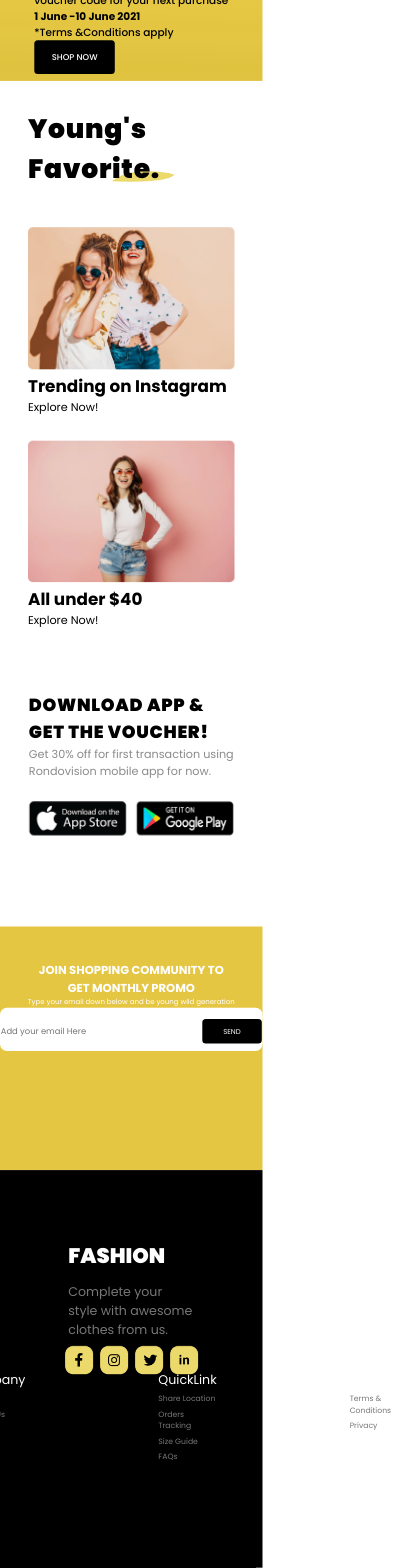
Repository: isaacCodes1/FashionWebsite
Page: index.html
An editor plug-in stored every save of this project. The page is shown before and after a run of saves, followed by the edit.
The browser window is 375 px wide. The page is 579 px wide, so the pictures cover 579 px, including what lies to the right of the window. The pictures show the part of the page from y = 3291 to 5531 px (the page is 5531 px tall before and 5502 px after), at 70% of full size.

Above is the page before, as saved 2024-03-18 12:04:08.

### index.html
<!DOCTYPE html>
<html lang="en">
  <head>
    <meta charset="UTF-8" />
    <meta name="viewport" content="width=device-width, initial-scale=1.0" />
    <title>Shopping Site Assignment</title>
    <link rel="stylesheet" href="style.css" />
    <link rel="stylesheet" href="/Media Query.css">
  </head>
  <body>
    <header>
      <nav>
        <!--------- NavItems ------->
        <div class="image">
          <a href="#"><img src="/Assets/Vector (3).png" />FASHION</a>
        </div>
        <div class="navItems">
          <ul>
            <li><a href="#">CATALOGUE</a></li>
            <li><a href="#">FASHION</a></li>
            <li><a href="#">FAVORITE</a></li>
            <li><a href="#">LIFESTYLE</a></li>
          </ul>
          <button>SIGN UP</button>
        </div>
      </nav>
    </header>
    <main>
      <!------- FirstPage ------>
      <section class="firstPageCont">
        <div class="FirstPage">
          <div class="txtCont">
            <h1>
              <span class="spn1">LET'S <br /></span>EXPLORE <br />
              <span class="spn2">UNIQUE <br /></span>CLOTHES.
            </h1>
            <p>Live for Influential and Innovative fashion!</p>
            <div class="txtBtn">
              <img src="/Assets/Vector 9.png" alt="" />
              <button class="btns">Shop Now</button>
            </div>
          </div>
          <div class="imgCont">
            <div class="star1"><img src="/Assets/Star 11.png" alt="" /></div>
            <div class="star2"><img src="/Assets/Star 11.png" alt="" /></div>
            <div class="star3"><img src="/Assets/Star 11.png" alt="" /></div>
            <div class="star4"><img src="/Assets/Star 11.png" alt="" /></div>
            <img src="/Assets/girl.png" alt="" />
          </div>
        </div>
      </section>
      <!------ Logos ------->
      <section class="firstPageFooter">
        <div class="logoCont">
          <img src="/Assets/HM.png" alt="" />
          <img src="/Assets/Obey.png" alt="" />
          <img src="/Assets/Shopify.png" alt="" />
          <img src="/Assets/Lacoste.png" alt="" />
          <img src="/Assets/Levis.png" alt="" />
          <img src="/Assets/Amazon.png" alt="" />
        </div>
      </section>
      <section class="nextPageCont">
        <div class="nextPageText">
          <h1>NEW ARRIVALS</h1>
          <img src="/Assets/Vector 9.png" alt="" />
        </div>
        <div class="prettyImages">
          <div class="Images">
            <div class="prettyImg">
              <img src="/Assets/image1.png" alt="" />
            </div>
            <div class="prettyText">
              <div class="txtIcon">
                <h1>Hoodies & Sweatshirt</h1>
                <p>Explore Now!</p>
              </div>
              <div class="icons"></div>
            </div>
          </div>
          <div class="Images">
            <div class="prettyImg">
              <img src="/Assets/image2.png" alt="" />
            </div>
            <div class="prettyText">
              <div class="txtIcon">
                <h1>Coats & Parkas</h1>
                <p>Explore Now!</p>
              </div>
              <div class="icons"></div>
            </div>
          </div>
          <div class="Images">
            <div class="prettyImg">
              <img src="/Assets/image3.png" alt="" />
            </div>
            <div class="prettyText">
              <div class="txtIcon">
                <h1>Tees & T-Shirt</h1>
                <p>Explore Now!</p>
              </div>
              <div class="icons"></div>
            </div>
          </div>
        </div>
      </section>
      <section class="payDay">
        <div class="genDiv">
          <div class="yellowImg">
            <img src="/Assets/image 12.png" alt="" />
          </div>
          <div class="yellowTxt">
            <h1><span class="spn3">PAYDAY</span>SALE NOW</h1>
            <p>
              Spend minimal $100 get 30% off <br />voucher code for your next
              purchase
            </p>
            <p><strong>1 June -10 June 2021</strong></p>
            <p class="para">*Terms &Conditions apply</p>
            <button class="btn">SHOP NOW</button>
          </div>
        </div>
      </section>
      <!--------   Images   ------->
      <section class="nextPageCont">
        <div class="nextPageText">
          <h1>Young's Favorite.</h1>
          <img class="vector" src="/Assets/Vector 9.png" alt="" />
        </div>
        <div class="prettyImages">
          <div class="Images">
            <div class="prettyImg">
              <img src="/Assets/Girls.png" alt="" />
            </div>
            <div class="prettyText">
              <div class="txtIcon">
                <h1>Trending on Instagram</h1>
                <p>Explore Now!</p>
              </div>
              <div class="icons"></div>
            </div>
          </div>

          <div class="Images">
            <div class="prettyImg">
              <img src="/Assets/Rectangle 49.png" alt="" />
            </div>
            <div class="prettyText">
              <div class="txtIcon">
                <h1>All under $40</h1>
                <p>Explore Now!</p>
              </div>
              <div class="icons"></div>
            </div>
          </div>
        </div>
      </section>
      <!---- Apps----->
      <section class="nextPageCont2">
        <div class="nextPageText2">
          <h1>DOWNLOAD APP & <br />GET THE VOUCHER!</h1>
          <p>
            Get 30% off for first transaction using <br />Rondovision mobile app
            for now.
          </p>
          <div class="store">
            <a href="https://www.apple.com/store"
              ><img src="/Assets/Apple Store.png" alt=""
            /></a>
            <a href="https://play.google.com/store/games?hl=en&gl=US&pli=1"
              ><img src="/Assets/Google Play.png" alt=""
            /></a>
          </div>
        </div>
        <div class="Images2">
          <div class="prettyImg2">
            <img src="/Assets/Mobile app.png" alt="" />
            <div class="circle1"><img src="/Assets/circle.png" alt="" /></div>
            <div class="circley"><img src="/Assets/circle y.png" alt="" /></div>
            <div class="circleye">
              <img src="/Assets/circle y.png" alt="" />
            </div>
            <div class="circle2"><img src="/Assets/circle.png" alt="" /></div>
            <div class="bigC"><img src="/Assets/back1.png" alt="" /></div>
            <div class="largeC">
              <img src="/Assets/lagrescircle.png" alt="" />
            </div>
            <div class="largeC1">
              <img src="/Assets/lagrescircle.png" alt="" />
            </div>
          </div>
        </div>
        <div class="icons"></div>
      </section>
      <!------ Footer ------>
      <section class="footer">
        <div class="footerDiv">
          <div class="h1footer">
            <h1>
              JOIN SHOPPING COMMUNITY TO <br />
              GET MONTHLY PROMO
            </h1>
          </div>
          <div class="pFooter">
            <p>Type your email down below and be young wild generation</p>
            <div class="input">
              <input
                class="input"
                type="text"
                placeholder="Add your email Here"
              />
              <a href="https://mail.google.com/mail/u/0/#inbox">SEND</a>
            </div>
          </div>
        </div>
      </section>
      <section class="foot">
        <div class="footDiv">
          <div class="footTxt">
            <h1>FASHION</h1>
            <p>
              Complete your style with awesome <br />
              clothes from us.
            </p>
            <div class="socialIcons">
              <div class="icon">
                <a
                  href="https://www.facebook.com/profile.php?id=61551880766580"
                >
                  <img src="/Assets/Facebook.png" alt=""
                /></a>
              </div>
              <div class="icon">
                <a href="https://www.instagram.com/"
                  ><img src="/Assets/Instagram.png" alt=""
                /></a>
              </div>
              <div class="icon">
                <a href="#"><img src="/Assets/Twitter.png" alt="" /></a>
              </div>
              <div class="icon">
                <a href="#"><img src="/Assets/Linkedn.png" alt="" /></a>
              </div>
            </div>
          </div>

          <div class="socialIcons">
            <div class="links">
              <div class="links1"><a href="">Company</a></div>
              <div class="links2"><a href="">About</a></div>
              <div class="links2"><a href="">Contact Us</a></div>
              <div class="links2"><a href="">Support</a></div>
              <div class="links2"><a href="">Careers</a></div>
            </div>
            <div class="links">
              <div class="links1"><a href="">QuickLink</a></div>
              <div class="links2"><a href="">Share Location</a></div>
              <div class="links2"><a href="">Orders Tracking</a></div>
              <div class="links2"><a href="">Size Guide</a></div>
              <div class="links2"><a href="">FAQs</a></div>
            </div>
            <div class="links">
              <div class="links1"><a href="">Legal</a></div>
              <div class="links2"><a href="">Terms & Conditions</a></div>
              <div class="links2"><a href="">Privacy</a></div>
            </div>
          </div>
        </div>
      </section>
    </main>
  </body>
</html>

### style.css
@import url("https://fonts.googleapis.com/css2?family=Poppins:ital,wght@0,100;0,200;0,300;0,400;0,500;0,600;0,700;0,800;0,900;1,100;1,200;1,300;1,400;1,500;1,600;1,700;1,800;1,900&display=swap");
* {
  margin: 0;
  padding: 0;
  box-sizing: border-box;
  font-family: "Poppins", sans-serif;
}
nav {
  display: flex;
  align-items: center;
  justify-content: space-between;
  width: 100%;
  padding: 20px 40px;
}
.image a {
  display: flex;
  align-items: center;
  gap: 6px;
  text-decoration: none;
  color: #000;
  font-size: 16px;
  font-weight: 900;
}
.image a img {
  width: 16%;
}
.navItems {
  display: flex;
  gap: 30px;
  align-items: center;
}
.navItems ul {
  display: flex;
  gap: 30px;
  list-style: none;
}
.navItems ul li a {
  text-decoration: none;
  color: #000;
  font-size: 16px;
  font-weight: 500;
}
.navItems ul li:hover {
  transform: scale(1.05);
  transition: 1s ease-in-out;
}
.navItems button {
  border: 0;
  background: #000;
  padding: 10px 20px;
  color: #fff;
  border-radius: 5px;
  font-size: 13px;
}
.navItems button:hover {
  transform: scale(1.05);
  transition: 1s ease-in-out;
  color: #000;
  background: rgb(137, 136, 136);
}
/* firstPageCtn */
.firstPageCont {
  padding: 20px 40px;
}
.FirstPage {
  display: flex;
  flex: 1;
  width: 100%;
  height: 90vh;
  padding: 40px 10px 0px 10px;
  border-radius: 30px;
  background: #f4f6f5;
}
.txtCont {
  display: flex;
  flex: 0.5;
  flex-direction: column;
  gap: 10px;
  padding-left: 40px;
}

.txtCont h1 {
  font-size: 64px;
  font-weight: 900;
  width: 50%;
  line-height: 75px;
}

.txtCont p {
  font-size: 20px;
}
.txtBtn {
  display: flex;
  align-items: center;
  width: 80%;
  margin-top: 10px;
  gap: 10px;
}
.btns {
  border: 0;
  background: #000;
  padding: 10px 20px;
  color: #fff;
  border-radius: 5px;
  font-size: 19px;
}
.btns:hover {
  transform: scale(1.05);
  transition: 1s ease-in-out;
  color: #000;
  background: rgb(137, 136, 136);
}
.txtBtn img {
  width: 100px;
}
.imgCont {
  flex: 0.5;
  display: flex;
  position: relative;
}
.star1 {
  position: absolute;
  top: 5px;
  left: 10px;
}
.star1 img {
  width: 30px;
}
.star2 {
  position: absolute;
  top: 20px;
  left: 450px;
}
.star2 img {
  width: 30px;
}
.star3 {
  position: absolute;
  bottom: 10px;
  left: 70px;
}
.star3 img {
  width: 30px;
}
.star4 {
  position: absolute;
  bottom: 20px;
  left: 400px;
}
.star4 img {
  width: 30px;
}
.spn1 {
  display: flex;
  align-items: center;
  background-image: url(/Assets/rectangle1.png);
  background-size: cover;
  background-repeat: no-repeat;
  width: 100%;
  padding-left: 20px;
}
.spn2 {
  background-image: url(/Assets/Rectangle2.png);
  background-size: cover;
  background-repeat: no-repeat;
  padding-right: 50px;
  padding-left: 20px;
}
/* next Page */
.firstPageFooter {
  background: #ebd96b;
  padding: 20px 30px;
  display: flex;
  align-items: center;
  justify-content: center;
}
.logoCont {
  display: flex;
  justify-content: center;
  gap: 50px;
}
.logoCont img {
  width: 7%;
}
.nextPageCont {
  margin-top: 20px;
  padding: 20px 40px;
  display: flex;
  flex-direction: column;
  gap: 55px;
  margin-bottom: 50px;
}
.nextPageText {
  position: relative;
}
.nextPageText h1 {
  font-size: 38px;
  letter-spacing: 1px;
  font-weight: 900;
}
.nextPageText img {
  position: absolute;
  bottom: 5px;
  left: 200px;
  width: 10%;
  z-index: -1;
}
.prettyImages {
  display: flex;
  gap: 35px;
}

.prettyImg img {
  width: 100%;
}
.payDay {
  background: linear-gradient(
    1.32deg,
    #e0c340 0.13%,
    #dfc23e 3.97%,
    #e1c441 7.2%,
    #e3c743 10.13%,
    #e4c542 12.98%,
    #e6c744 15.99%,
    #e7c845 19.52%,
    #e5c643 23.96%,
    #e6c945 30.43%,
    #e3c743 36.49%,
    #e9ca48 42.49%,
    #edce49 49.35%,
    #f0d44c 55.42%,
    #f4d84f 61.43%,
    #f6da52 65.74%,
    #f7db53 72.23%,
    #f9dd55 77.43%,
    #f9df56 83.84%,
    #fae157 91.52%,
    #f9df56 97.87%
  );
}
.yellowTxt {
  flex-direction: column;
  margin-bottom: 10px;
}
.yellowTxt h1 {
  font-size: 65px;
  font-weight: 900;
}
.yellowTxt p {
  font-size: 22px;
  font-weight: 500;
}

.yellowImg img {
  flex: 0.5;
  display: flex;
  width: 600px;
  position: relative;
}

.genDiv {
  display: flex;
  align-items: center;
}
.btn {
  border: 0;
  background: #000;
  padding: 15px 25px;
  color: #fff;
  border-radius: 5px;
  font-size: 18px;
  font-weight: 500;
}
.btn:hover {
  transform: scale(1.05);
  transition: 1s ease-in-out;
  color: #000;
  background: rgb(137, 136, 136);
}
.spn3 {
  display: flex;
  background-image: url(/Assets/rectangle1.png);
  background-size: cover;
  background-repeat: no-repeat;
  width: 300px;
}
.nxtSect {
  margin-top: 20px;
  padding: 20px 40px;
  display: flex;
  flex-direction: column;
  gap: 50px;
  margin-bottom: 50px;
}
.nxtSectText {
  position: relative;
}
.nxtSectText h1 {
  font-size: 38px;
  letter-spacing: 1px;
  font-weight: 900;
}
.nxtSectText img {
  position: absolute;
  bottom: 6px;
  left: 250px;
  width: 10%;
  z-index: -1;
}
.assetText {
  display: flex;
  flex-direction: column;
}

/* storeSection */
.nextPageCont1 {
  margin-top: 20px;
  padding: 20px 40px;
  display: flex;
  flex-direction: column;
  gap: 50px;
  margin-bottom: 50px;
}
.nextPageText1 {
  position: relative;
  margin-left: 70px;
}
.nextPageText1 h1 {
  font-size: 38px;
  letter-spacing: 1px;
  font-weight: 900;
}
.prettyImages1 {
  display: flex;
  gap: 35px;
}
.prettyImg1 img {
  width: 40%;
  cursor: pointer;
}
.Images2 {
  display: flex;
}
.prettyImg2 {
  position: relative;
}
.prettyImg2 img {
  width: 70;
  height: 500px;
  margin-left: 70px;
}
.nextPageCont2 {
  margin-top: 20px;
  padding: 20px 40px;
  display: flex;
  gap: 50px;
  margin-bottom: 50px;
  display: flex;
  justify-content: space-between;
  align-items: center;
}
.nextPageText2 {
  display: flex;
  flex-direction: column;
  margin-left: 50px;
}
.nextPageText2 p {
  margin-bottom: 30px;
  color: #898a89;
}
.nextPageText2 h1 {
  font-size: 30px;
  letter-spacing: 1px;
  font-weight: 900;
}
.nextPageText2 img {
  width: 30%;
  cursor: pointer;
  display: flex;
}
.store {
  display: flex;
  justify-content: space-between;

}
.store a img{
   width: 140px;
   gap: 50px;
}
.circle1 {
  position: absolute;
  right: 350px;
  bottom: 500px;
}
.circle1 img {
  width: 15px;
  height: 15px;
  display: flex;
}
.circley {
  position: absolute;
  right: 0;
  bottom: 470px;
}
.circley img {
  width: 30px;
  height: 30px;
}
.circleye {
  position: absolute;
  right: 400px;
  bottom: 60px;
}
.circleye img {
  width: 17px;
  height: 17px;
}
.circle2 {
  position: absolute;
  right: 0;
  bottom: 100px;
}
.circle2 img {
  width: 10px;
  height: 10px;
}
.elipses {
  position: absolute;
}
.bigC {
  position: absolute;
  right: -12px;
  bottom: 100px;
  z-index: -1;
}
.bigC img {
  width: 300px;
  height: 300px;
  background: transparent;
}

.largeC {
  position: absolute;
  right: -41px;
  bottom: 70px;
  z-index: -1;
}
.largeC img {
  width: 360px;
  height: 360px;
  /* background: transparent; */
}
.largeC1 {
  position: absolute;
  right: -70px;
  bottom: 50px;
  z-index: -1;
}
.largeC1 img {
  width: 420px;
  height: 400px;
}
.footerDiv {
  background: #e5c643;
  padding-bottom: 170px;
}
.h1footer {
  color: #fff;
  text-align: center;
  padding-top: 50px;
  font-size: 30px;
  font-weight: 1000;
}
.pFooter {
  display: flex;
  flex-direction: column;
  justify-content: center;
  align-items: center;
  text-align: center;
  color: #fff;
  font-size: 30px;
}

.input {
  background: #fff;
  width: 40%;
  padding: 5px 0px;
  border-radius: 10px;
}
.input input {
  background: none;
  border: 0;
  padding: 13px 0px 13px 0px;
  width: 76%;
  font-size: 17px;
  outline: 0;
}
.input a {
  font-size: 20px;
  text-decoration: 0;
  color: #fff;
  background: #000;
  padding: 10px 30px;
  border-radius: 5px;
}
.input a:hover{
  transform: scale(1.05);
  transition: 1s ease-in-out;
  color: #000;
  background: rgb(137, 136, 136);
}

.footDiv {
  display: flex;
  background: #000;

  place-items: center;
  padding: 100px;
}

.footTxt {
  display: flex;
  flex-direction: column;
  gap: 15px;
}
.footTxt h1 {
  color: #fff;
  font-size: 30px;
  font-weight: 900;
}
.footTxt p {
  color: #777;
  font-size: 18px;
}
.socialIcons {
  display: flex;
  gap: 20px;
}

.icon {
  background: #ebd96b;
  width: 30px;
  display: flex;
  align-items: center;
  justify-content: center;
  height: 30px;
  border-radius: 8px;
}
.icon img {
  display: flex;
  align-items: center;
  width: 40px;
  place-items: center;
}
.links {
  margin-left: 150px;
  padding-right: 20px;
  margin-bottom: 50px;
}
.links1 a{
  color: #fff;
  font-size: 18px;
  text-decoration: none;
}
.links2 a{
  text-decoration: none;
  color: #777;
  font-size: 11px;
}
.links1 {
  display: flex;
  flex-direction: column;
  color: #fff;
  font-size: 18px;
  margin-top: 0px;
}
.links2 {
  color: #777;
  font-size: 11px;
  padding-top: 5px;
}

### Media Query.css
@media (max-width: 488px) {
  nav {
    flex-direction: column;
    gap: 10px;
  }
  .navItems {
    flex-direction: column;
    gap: 10px;
  }
  .navItems ul {
    gap: 15px;
  }
  .navItems ul li a {
    font-size: 13px;
  }
  .firstPageCont {
    padding: 0px;
  }
  .FirstPage {
    flex-direction: column;
    height: auto;
    padding: 0px;
  }

  .txtCont h1 {
    font-size: 50px;
    width: 100%;
  }
  .txtCont p {
    font-size: 15px;
  }
  .btns {
    font-size: 12px;
  }
  .imgCont {
    flex-direction: column;
    width: 100%;
    display: flex;
  }
  .logoCont {
    display: flex;
    justify-content: center;
    gap: 20px;
  }
  .logoCont img {
    width: 10%;
  }
  .prettyImages {
    display: flex;
    flex-direction: column;
  }
  .nextPageText img {
    position: absolute;
    bottom: 10px;
    left: 120px;
    width: 30%;
    z-index: -1;
  }
  .cardsContainer {
    display: flex;
    flex-direction: column;
    gap: 20px;
  }
  .genDiv {
    display: flex;
    flex-direction: column;
  }
  .yellowImg img {
    width: 100%;
  }
  .yellowTxt h1 {
    font-size: 40px;
  }
  .spn3 {
    width: 200px;
  }
  .yellowTxt p {
    font-size: 15px;
  }
  .btn {
    font-size: 12px;
  }
  .nextPageCont2 {
    display: flex;
    flex-direction: column;
    margin-bottom: 10px;
  }
  .nextPageText2 {
    margin-left: 0;
  }
  .nextPageText2 h1 {
    font-size: 25px;
  }
  .prettyImg2 {
    display: none;
  }
  .footerDiv {
    margin-left: 0;
  }
  .h1footer {
    font-size: 11px;
    text-align: 20px;
  }
  .pFooter {
    font-size: 10px;
  }
  .input {
    width: 100%;
  }
  .input::placeholder {
    font-size: 12px;
  }
  .input a {
    font-size: 10px;
  }
  .footDiv {
    display: flex;
    flex-direction: column;
  }
  .foot
}

After the next 2 saves:
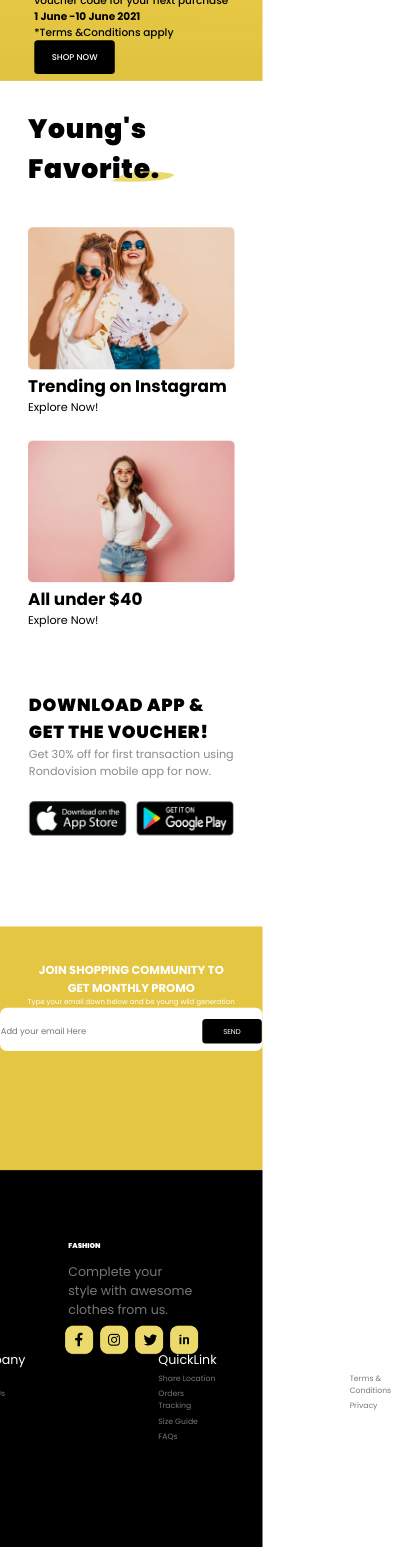
The 2 saves are shown as one change because they came seconds apart.
The last was saved 7 s later.
--- a/Media Query.css
+++ b/Media Query.css
@@ -117,5 +117,7 @@
     display: flex;
     flex-direction: column;
   }
-  .foot
+  .footTxt h1 {
+    font-size: 10px;
+  }
 }
